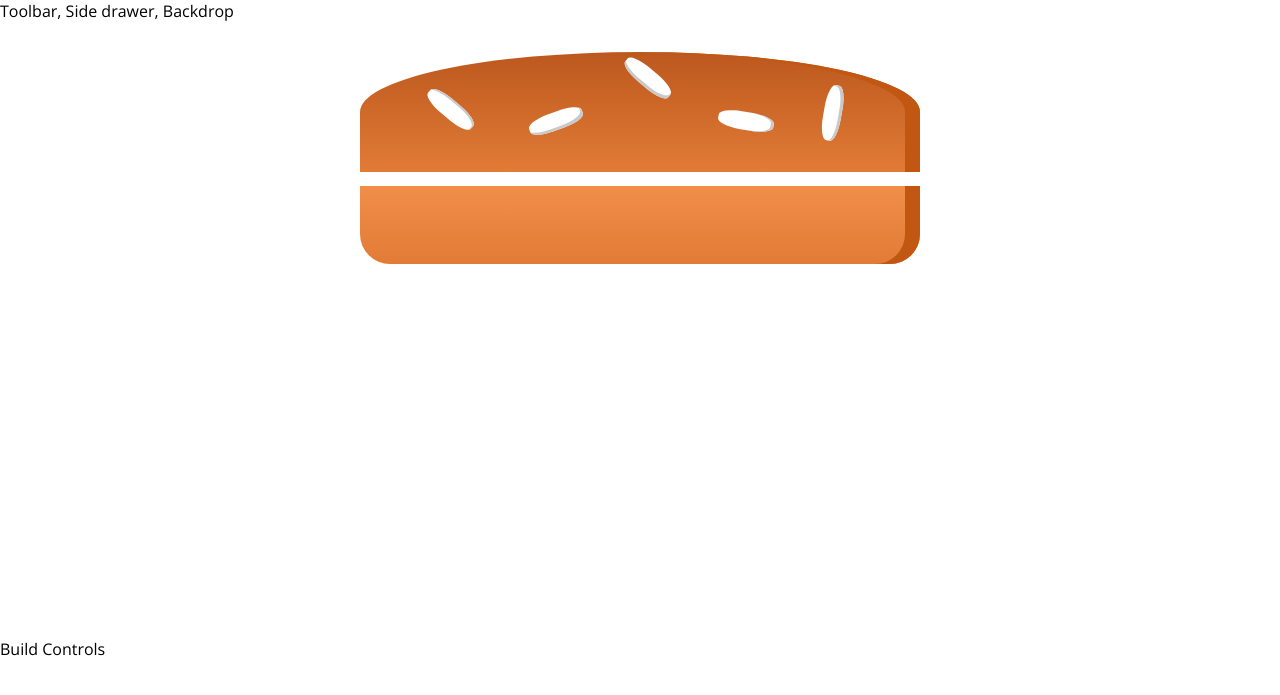
Repository: AidanHak/burger-builder
Page: /
The author's editor kept a copy of each file at every save. The page is drawn from the files as they stood at one save, then again after a run of saves.
The browser window is 1280 px wide. The pictures show the whole page.
The project was rebuilt for these pictures with package versions that can differ from the ones it lists, and the page was loaded fresh each time.

Above is the page before, as saved 2021-03-10 14:41:03.

After the next 2 saves:
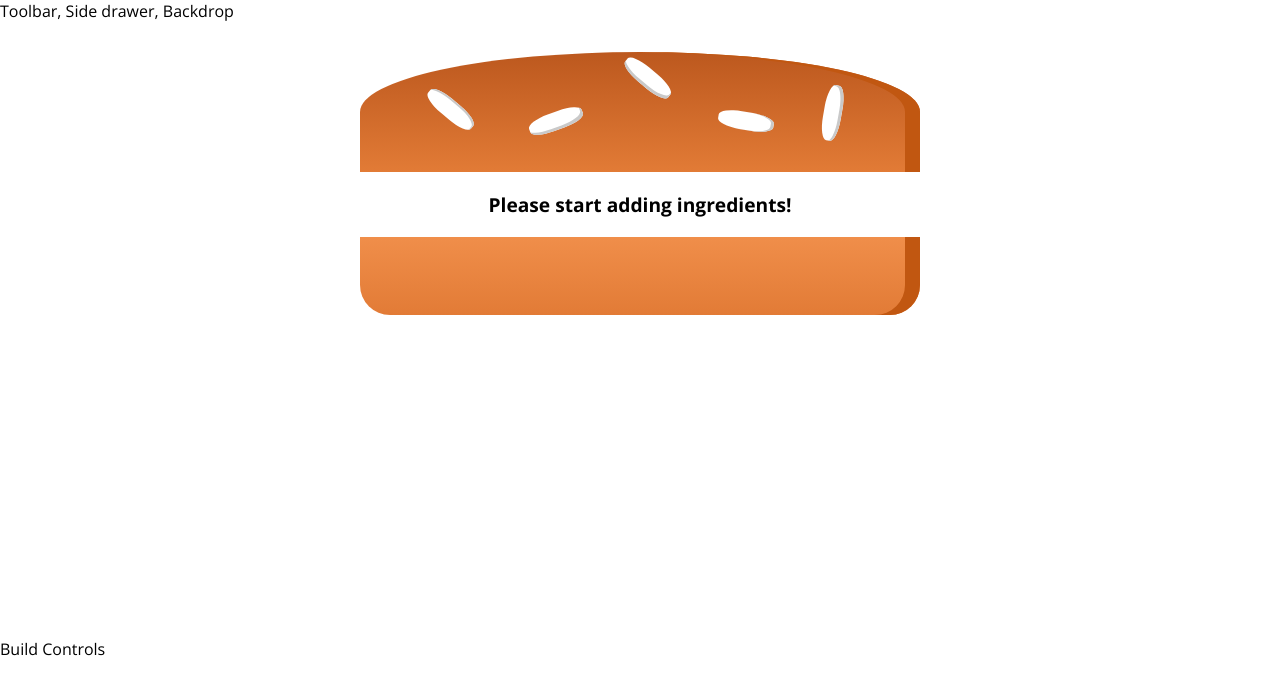
The 2 saves are shown as one change because they came seconds apart.
The last was saved 4 min 14 s later.
--- a/src/components/Burger/Burger.js
+++ b/src/components/Burger/Burger.js
@@ -3,12 +3,16 @@ import styles from './Burger.module.css';
 import BurgerIngredient from './BurgerIngredient/BurgerIngredient';
 
 const burger = (props) => {
-	const transformedIngredients = Object.keys(props.ingredients).map(igKey => {
+	let transformedIngredients = Object.keys(props.ingredients).map(igKey => {
 		return [...Array(props.ingredients[igKey])].map((_, i) => {
 			return <BurgerIngredient key={igKey + i} type={igKey} />;
 		});
-	});
-	console.log(transformedIngredients);
+	}).reduce((arr, el) => {
+		return arr.concat(el)
+	}, []);
+	if (transformedIngredients.length === 0) {
+		transformedIngredients = <p>Please start adding ingredients!</p>;
+	}
 	return (
 		<div className={styles.Burger}>
 			<BurgerIngredient type="bread-top" />
